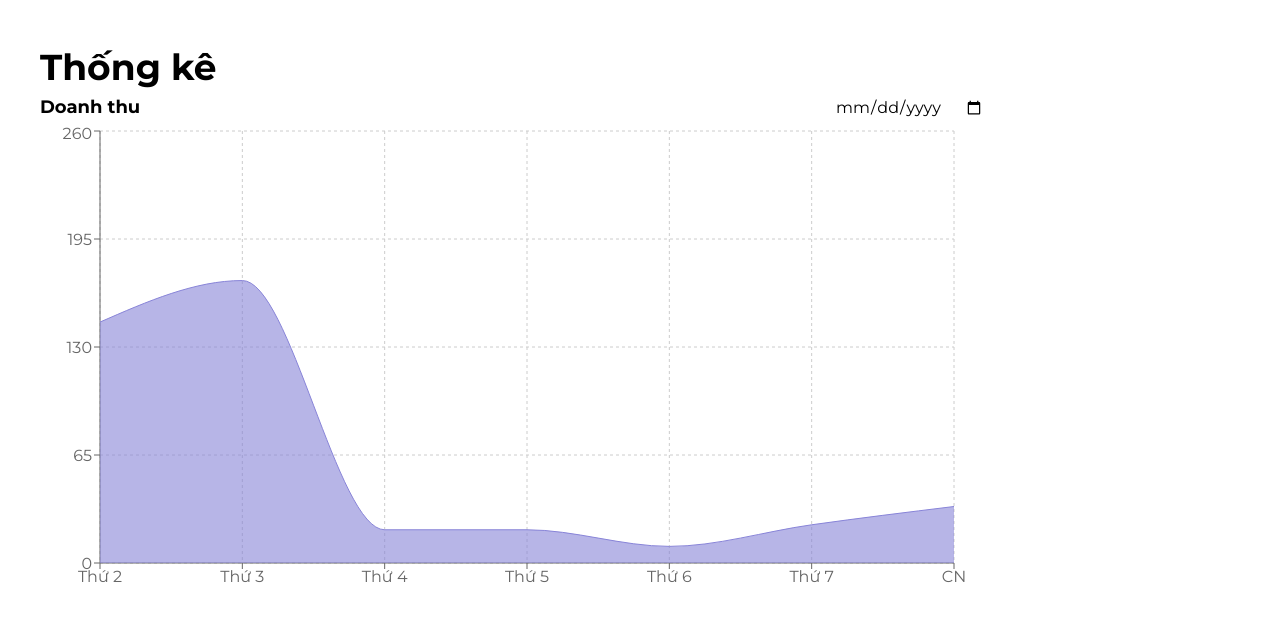
Repository: iphoneboy46/AltaMediaCMS
Page: /
An editor plug-in stored every save of this project. The page is shown before and after the next save, followed by the edit.
The browser window is 1280 px wide. The pictures show the whole page.
Some web libraries are served in a nearby version. The project was rebuilt for these pictures with package versions that can differ from the ones it lists, and the page was loaded fresh each time.

Above is the page before, as saved 2023-03-26 22:10:27.

After the next save:
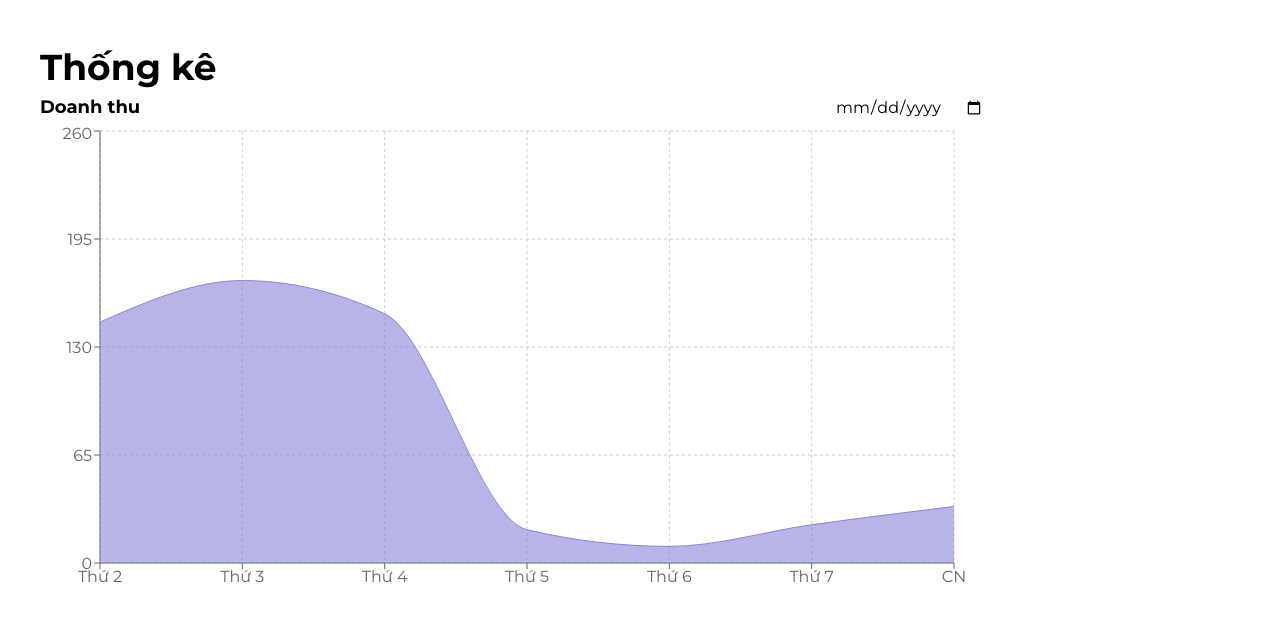
Saved 10 s later.
--- a/src/components/Charts/Charts.tsx
+++ b/src/components/Charts/Charts.tsx
@@ -24,7 +24,7 @@ function Charts() {
     },
     {
       name: "Thứ 4",
-      uv: 20,
+      uv: 150,
 
     },
     {
